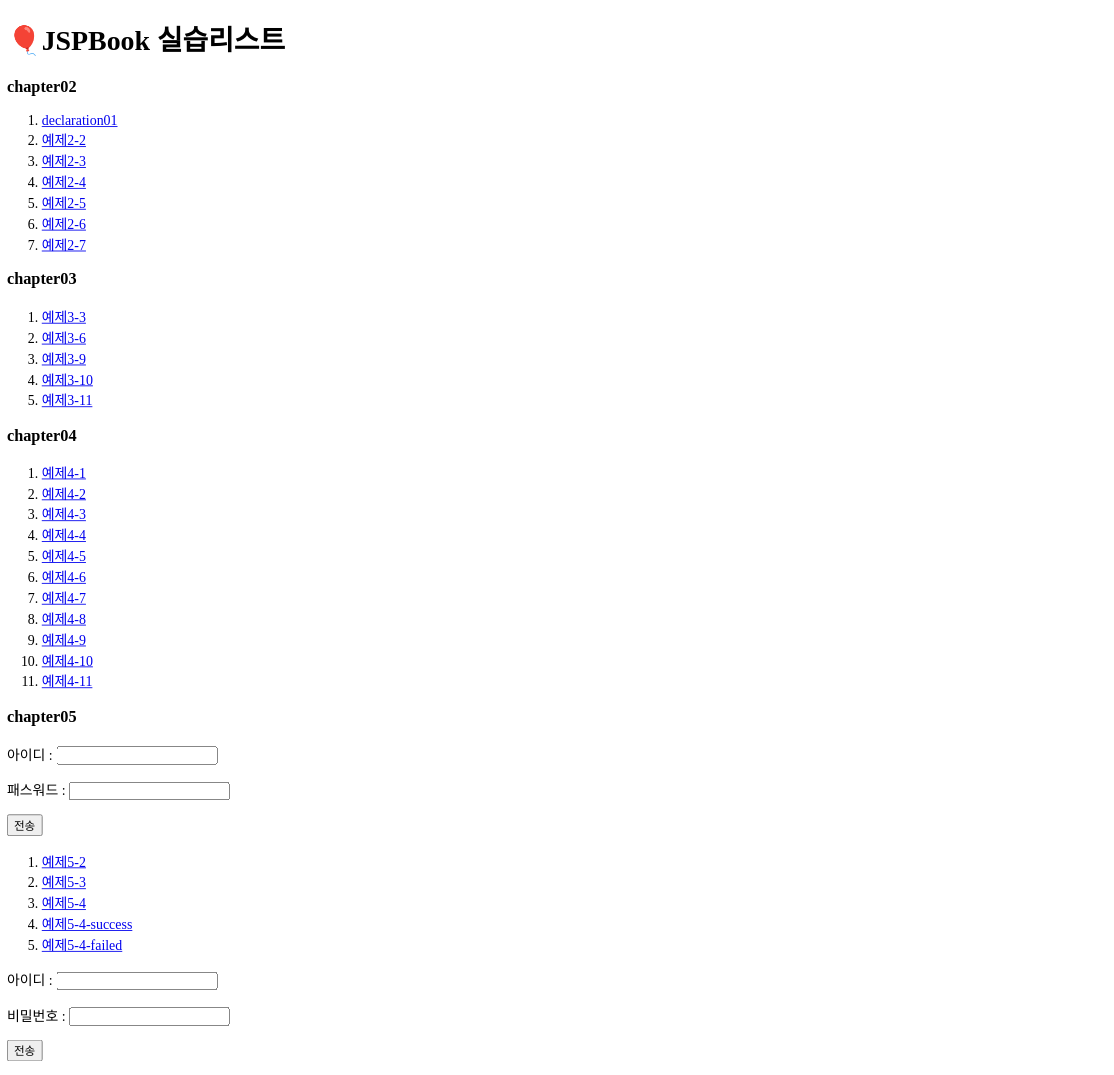
Repository: byeolchorong/ITedunet
Page: JSP/JSPBook/src/main/webapp/index.html
The author's editor kept a copy of each file at every save. The page is drawn from the files as they stood at one save, then again after a run of saves.
The browser window is 1280 px wide. The pictures show the whole page, at 87% of full size.

Above is the page before, as saved 2025-05-23 06:41:36.

After the next 2 saves:
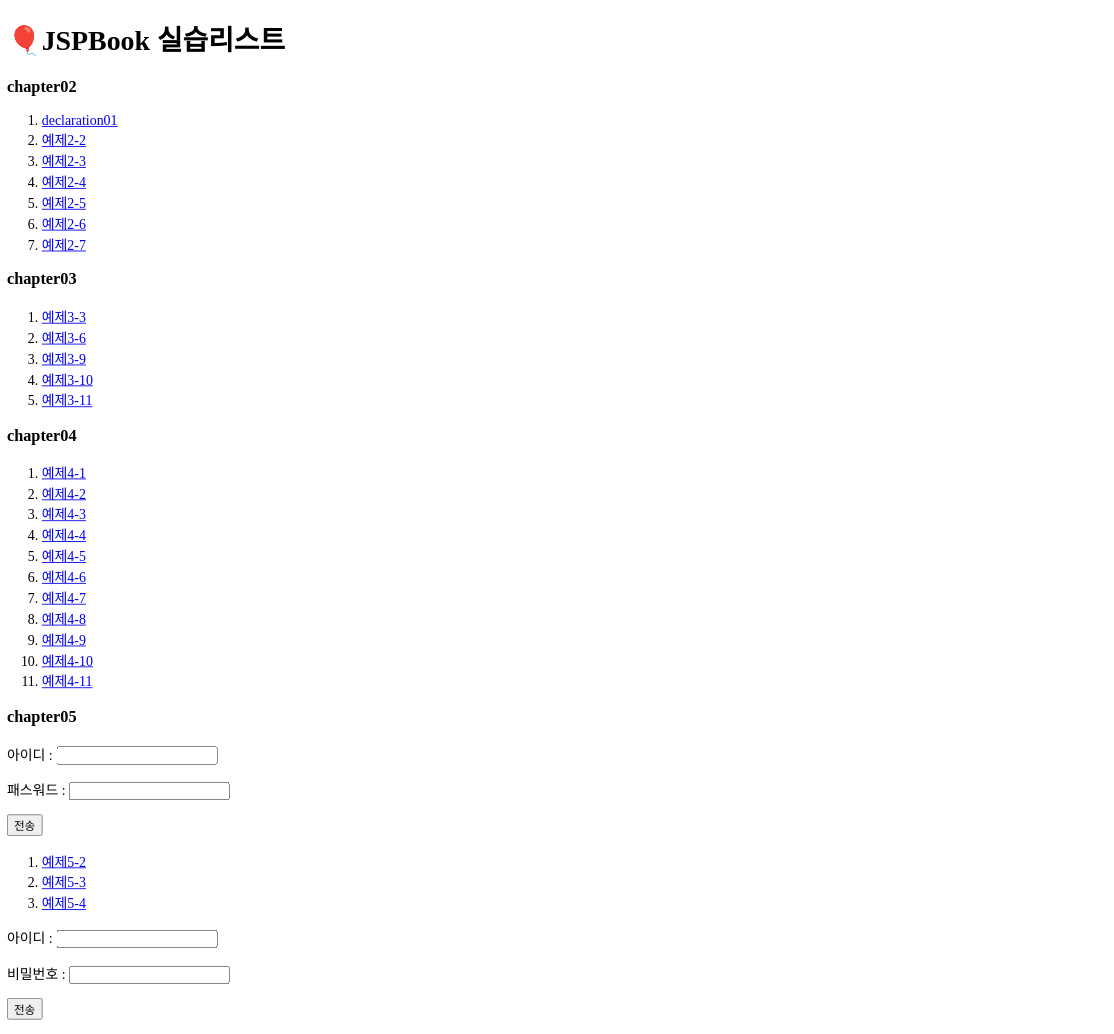
The 2 saves are shown as one change because they came seconds apart.
The last was saved 31 s later.
--- a/JSP/JSPBook/src/main/webapp/index.html
+++ b/JSP/JSPBook/src/main/webapp/index.html
@@ -52,8 +52,6 @@
 		<li><a href="exam5_2">예제5-2</a></li>
 		<li><a href="exam5_3">예제5-3</a></li>
 		<li><a href="exam5_4">예제5-4</a></li>
-		<li><a href="exam5_4_success">예제5-4-success</a></li>
-		<li><a href="exam5_4_failed">예제5-4-failed</a></li>
 	</ol>
 
 	<form action="response01_process.jsp" method="post">
@@ -61,5 +59,6 @@
 		<p> 비밀번호 : <input type="text" name="passwd">
 		<p> <input type="submit" value="전송">
 	</form>
+
 </body>
 </html>
